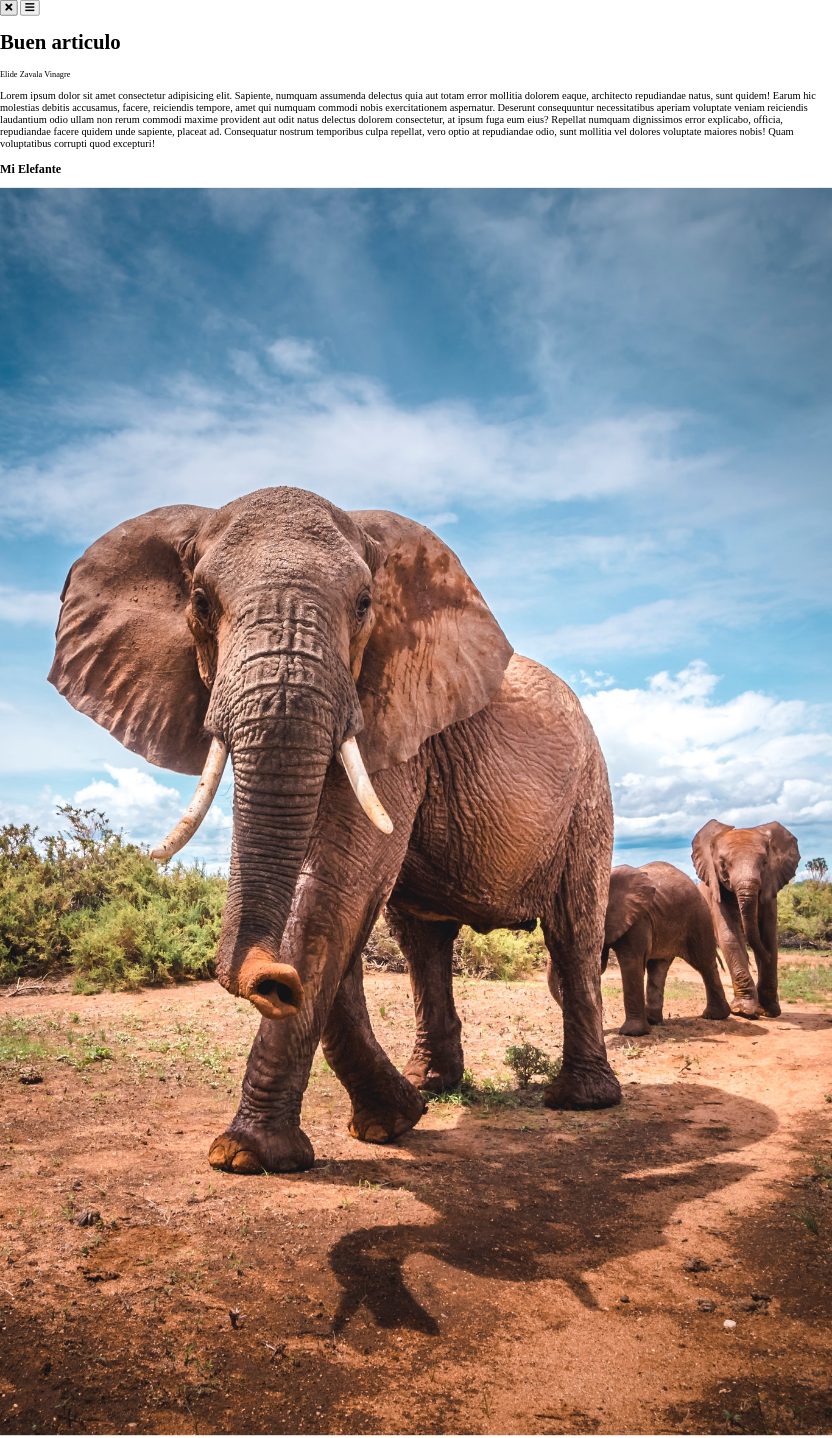
Repository: ElideZavala/Navagacion-en-rotacion
Page: index.html
The author's editor kept a copy of each file at every save. The page is drawn from the files as they stood at one save, then again after the next save.
The browser window is 1280 px wide. The pictures show the whole page, at 65% of full size.

Above is the page before, as saved 2021-05-29 07:56:34.

After the next save:
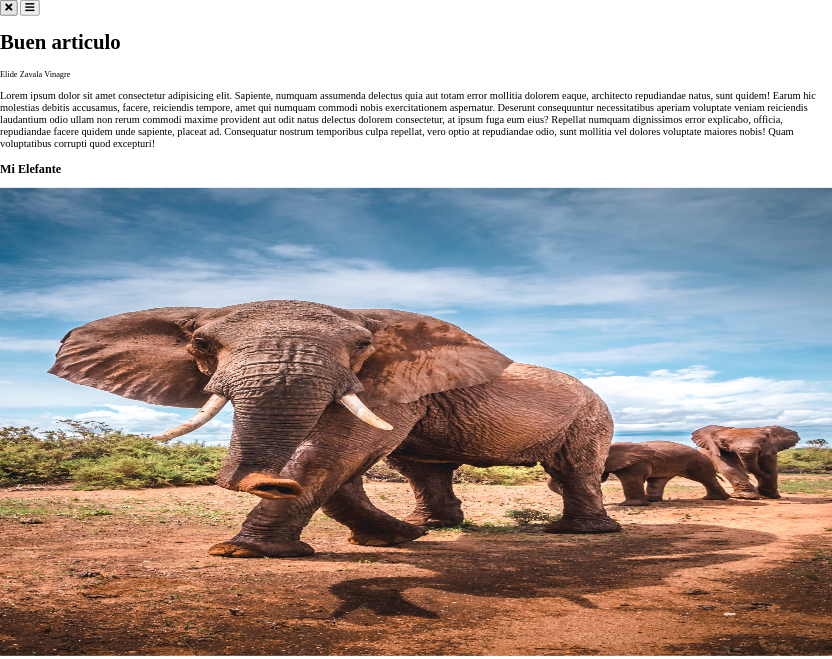
Saved 17 s later.
--- a/style.css
+++ b/style.css
@@ -3,6 +3,6 @@ body{
 }
 
 .img{
-	width: 100%;
-	height: 100%;
+	width: 100vw;
+	height: 100vh;
 }
